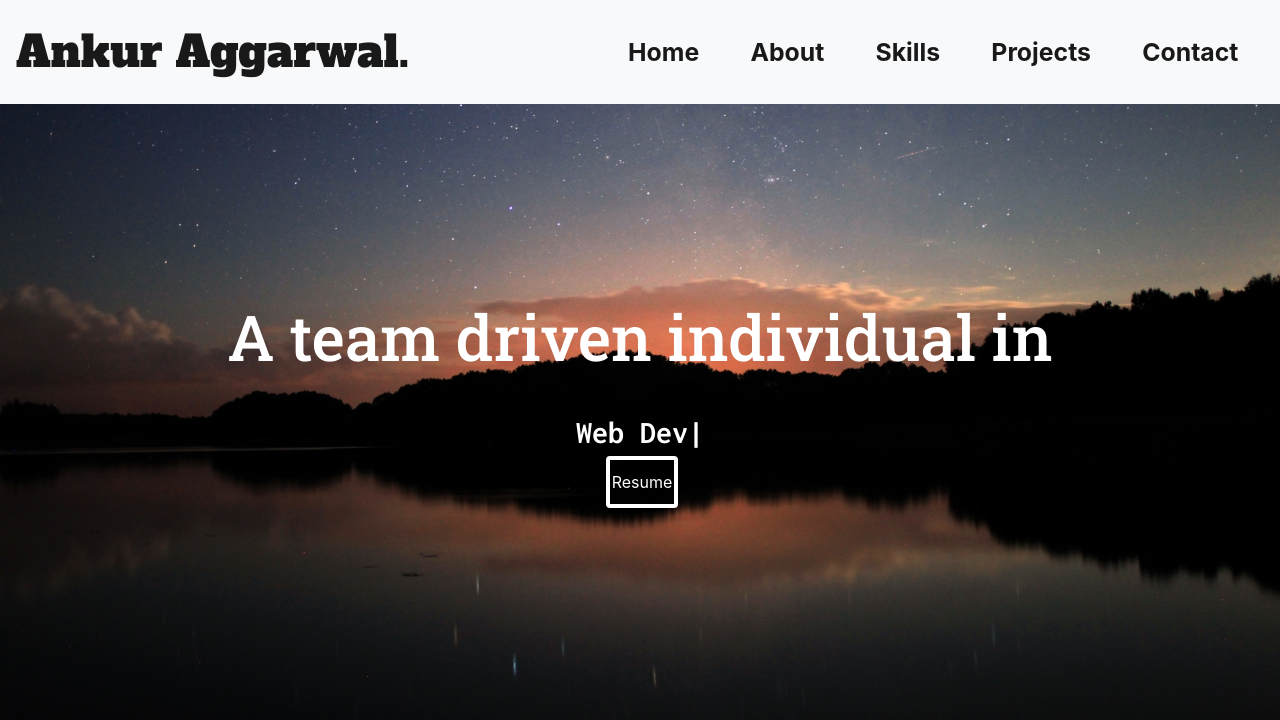
Repository: AnkurDevv/PersonalWebsite
Page: index.html
These files come from the project's save history. The page is drawn as it stood at one moment and after the next save; the edit follows.
The browser window is 1280 px wide. The pictures show the whole page.

Above is the page before, as saved 2020-09-13 15:12:28.

### index.html
<!DOCTYPE html>
<html>

<head>
  <meta charset="utf-8">
  <meta http-equiv="X-UA-Compatible" content="IE=edge">
  <title>Ankur Aggarwal</title>
  <meta name="description" content="">
  <meta name="viewport" content="width=device-width, initial-scale=1">
  <!-- Importing Bootstrap here -->
  <link rel="stylesheet" href="https://stackpath.bootstrapcdn.com/bootstrap/4.4.1/css/bootstrap.min.css"
    integrity="sha384-Vkoo8x4CGsO3+Hhxv8T/Q5PaXtkKtu6ug5TOeNV6gBiFeWPGFN9MuhOf23Q9Ifjh" crossorigin="anonymous">
  <!--CUSTOM CSS FOR THE PAGE  -->
  <link rel="stylesheet" href="./style/index.css">
  <!-- FOR COOL ANIMATION EFFECTS -->
  <link rel="stylesheet" href="./style/animate.css">
  <!-- FOR COOL TYPING EFFECTS -->
  <script src="https://cdn.jsdelivr.net/npm/typed.js@2.0.11"></script>
  <!-- FOR GOOGLE FONTS - START -->
  <!-- for main heading -->
  <link
    href="https://fonts.googleapis.com/css2?family=Merienda:wght@700&family=Pacifico&family=Roboto&family=Roboto+Slab:wght@500&display=swap"
    rel="stylesheet">
  <!-- For Sub heading -->
  <link
    href="https://fonts.googleapis.com/css2?family=Inconsolata:wght@700&family=Merienda:wght@700&family=Pacifico&family=Roboto&family=Roboto+Slab:wght@500&display=swap"
    rel="stylesheet">
  <!-- For Navbar Logo -->
  <link href="https://fonts.googleapis.com/css2?family=Alfa+Slab+One&display=swap" rel="stylesheet">
  <!-- FOR GOOGLE FONTS - END -->
</head>

<body>
  <header>
    <nav class="navbar navbar-expand-lg navbar-light bg-light">
      <a class="navbar-brand" id="Brand-logo">Ankur Aggarwal.</a>
      <button class="navbar-toggler" type="button" data-toggle="collapse" data-target="#navbarNav"
        aria-controls="navbarNav" aria-expanded="false" aria-label="Toggle navigation">
        <span class="navbar-toggler-icon"></span>
      </button>
      <div class="collapse navbar-collapse" id="navbarNav">
        <ul class="navbar-nav">
          <li class="nav-item active">
            <a class="nav-link" href="#">Home</a>
          </li>
          <li class="nav-item active">
            <a class="nav-link" href="#">About</a>
          </li>
          <!-- <li class="nav-item active">
            <a class="nav-link" href="#">Why Me?</a>
          </li> -->
          <li class="nav-item active">
            <a class="nav-link" href="#">Skills</a>
          </li>
          <li class="nav-item active">
            <a class="nav-link" href="#">Projects</a>
          </li>
          <li class="nav-item active">
            <a class="nav-link" href="#">Contact</a>
          </li>
        </ul>
      </div>
    </nav>


    <!-- FIRST IMPRESSION SECTION - START -->
    <section class="first-impression-section">
      <div class="row first-impression-row">
        <h1 class="text-center animated fadeInDown" id="MainNameHeading">A team driven individual in
        </h1>
      </div>
      <div class="row">
        <h3 id="MainSubHeading">
          <span id="typed" style="white-space:pre;"></span>
          <!-- <span class="typed-cursor typed-cursor--blink">|</span> -->
        </h3>
      </div>
      <div class="row" id="ResumeDiv">
        <form action="https://drive.google.com/file/d/129eEq26ATzqey1-hpHnRXs40bzbBVkSX/view?usp=sharing"
          class="ml-auto mr-auto">
          <button type="submit" class="btn btn-primary" id="ResumeBtn">Resume</button>
        </form>
      </div>
    </section>
    <!-- FIRST IMPRESSION SECTION - END -->


  </header>

  <script>
    // JS FOR COOL TYPING EFFECT USING TYPE.JS -  START
    var options = {
      strings: ['Web Development.', 'Software Engineering.', 'Product Development.'],
      typeSpeed: 100,
      loop: true,
      backDelay: 800,
      backSpeed: 80,
      startDelay: 1000,
    };
    var typed = new Typed('#typed', options);
// JS FOR COOL TYPING EFFECT USING TYPE.JS -  END
  </script>

  <!-- NECESSARY JS FOR BOOTSTRAP - START -->
  <script src="https://code.jquery.com/jquery-3.4.1.slim.min.js"
    integrity="sha384-J6qa4849blE2+poT4WnyKhv5vZF5SrPo0iEjwBvKU7imGFAV0wwj1yYfoRSJoZ+n"
    crossorigin="anonymous"></script>
  <script src="https://cdn.jsdelivr.net/npm/popper.js@1.16.0/dist/umd/popper.min.js"
    integrity="sha384-Q6E9RHvbIyZFJoft+2mJbHaEWldlvI9IOYy5n3zV9zzTtmI3UksdQRVvoxMfooAo"
    crossorigin="anonymous"></script>
  <script src="https://stackpath.bootstrapcdn.com/bootstrap/4.4.1/js/bootstrap.min.js"
    integrity="sha384-wfSDF2E50Y2D1uUdj0O3uMBJnjuUD4Ih7YwaYd1iqfktj0Uod8GCExl3Og8ifwB6"
    crossorigin="anonymous"></script>
  <!-- NECESSARY JS FOR BOOTSTRAP - END -->

  <!-- ADDING JQUERY - START -->
  <script src="https://ajax.googleapis.com/ajax/libs/jquery/3.5.1/jquery.min.js"></script>
  <!-- ADDING JQUERY - END -->

  <!-- CUSTOM JS FOR THE PAGE - START  -->
  <script src="index.js"></script>
  <!-- CUSTOM JS FOR THE PAGE - END  -->
</body>

</html>

### style/index.css
body{
  margin-left: 0;
  margin-right: 0;
}

/* NAVBAR CSS - START */

#Brand-logo{
  font-family: 'Alfa Slab One', cursive;
  font-size: 270%;
}

.navbar-nav{
  margin-left: auto;
}

.nav-link{
  font-size: 155%;
  font-weight: 700;
  padding: 2vw!important;
}

@media only screen and (max-width: 992px) {
  .nav-link{
    text-align: center;
  }
}

@media only screen and (max-width: 600px) {

  #Brand-logo{
    font-size: 140%;
  }

  .navbar-nav{
    height: 100vh;
  }

  .nav-link{
    margin: 5vh auto;
  }

}

/* NAVBAR CSS - END */

/* FIRST IMPRESSION SECTION CSS - START */
header{
  height: 100vh; /* Takes 100% of the screen size */
  background-image:url(../images/sunset_skyline_lake_reflection_114025_1920x1080.jpg);
  -webkit-background-size: cover;
  background-position: center;
  overflow: hidden;
}

#MainNameHeading{
  margin: 0 auto;
  margin-top: 27vh;
  font-size: 395%;
  color: white;
  font-family: 'Roboto Slab', serif;
  padding-bottom: 3%;
}

#MainSubHeading{
  margin: 0 auto;
  color: white;
  text-align: -webkit-center;
  font-family: 'Inconsolata', monospace;
  font-size: xx-large;
}

#ResumeBtn{
  margin: 5% auto;
  padding: 10px 3%;
  background-color: transparent;
  border: 4px solid white;
}

@media only screen and (max-width: 600px) {
  #MainNameHeading{
    font-size: 300%;
  }
  #MainSubHeading{
    font-size: x-large;
  }
}
/* FIRST IMPRESSION SECTION CSS - ENDS */

### index.js
// CHANGING NAVBAR COLOR WHEN A USER HOVERS OVER A LINK
$(document).ready(function () {

  // makes nav transparent when user hovers on a link
  $(".nav-link").hover(function () {
    $('.navbar').addClass('bg-dark').removeClass('bg-light');
    $('#Brand-logo').css("color", "white");
    $('.nav-link').css("color", "white");
    $('.navbar-toggler').css("color", "white");
  });

  // makes nav non-transparent when user hovers on a link
  $(".navbar").mouseleave(function () {
    $('.navbar').addClass('bg-light').removeClass('bg-dark');
    $('#Brand-logo').css("color", "black");
    $('.nav-link').css("color", "black");
    $('.navbar-toggler').css("color", "black");
  });

});

Loaded but not shown: style/animate.css (library)

After the next save:
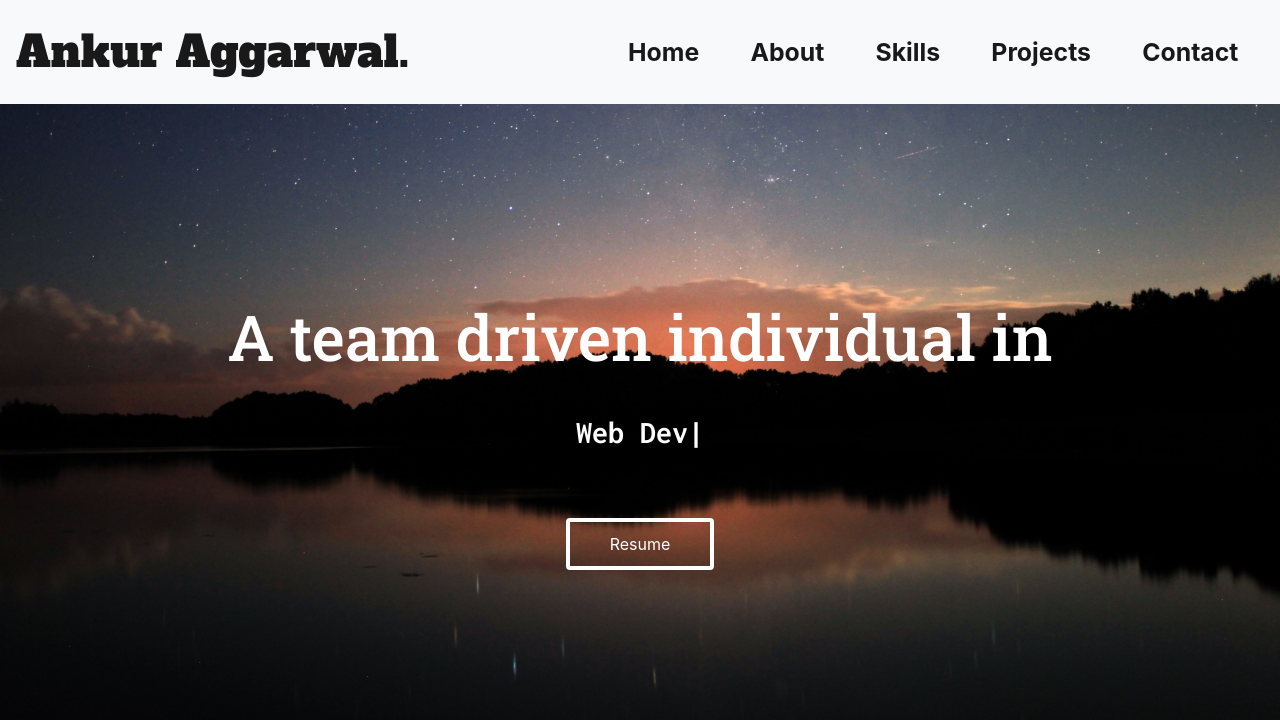
Saved 2 min 58 s later.
--- a/index.html
+++ b/index.html
@@ -76,10 +76,12 @@
         </h3>
       </div>
       <div class="row" id="ResumeDiv">
-        <form action="https://drive.google.com/file/d/129eEq26ATzqey1-hpHnRXs40bzbBVkSX/view?usp=sharing"
-          class="ml-auto mr-auto">
-          <button type="submit" class="btn btn-primary" id="ResumeBtn">Resume</button>
-        </form>
+        <!-- <form action="https://drive.google.com/file/d/129eEq26ATzqey1-hpHnRXs40bzbBVkSX/view?usp=sharing"
+          class="ml-auto mr-auto"> -->
+        <button type="button"
+          onclick="location.href='drive.google.com/file/d/129eEq26ATzqey1-hpHnRXs40bzbBVkSX/view?usp=sharing'"
+          class="btn btn-primary" id="ResumeBtn">Resume</button>
+        <!-- </form> -->
       </div>
     </section>
     <!-- FIRST IMPRESSION SECTION - END -->
